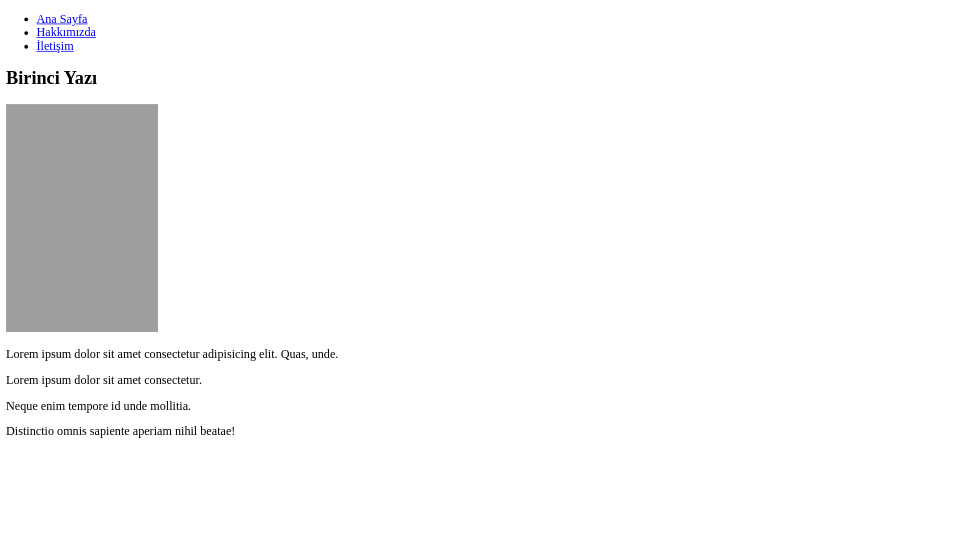
Repository: rizacantire/html
Page: Practice/index.html
These files come from the project's save history. The page is drawn as it stood at one moment and after the next save; the edit follows.
The browser window is 1280 px wide. The pictures show the whole page, at 76% of full size.
Pictures or frames that could not be fetched are drawn as grey boxes.

Above is the page before, as saved 2021-12-06 23:43:22.

After the next save:
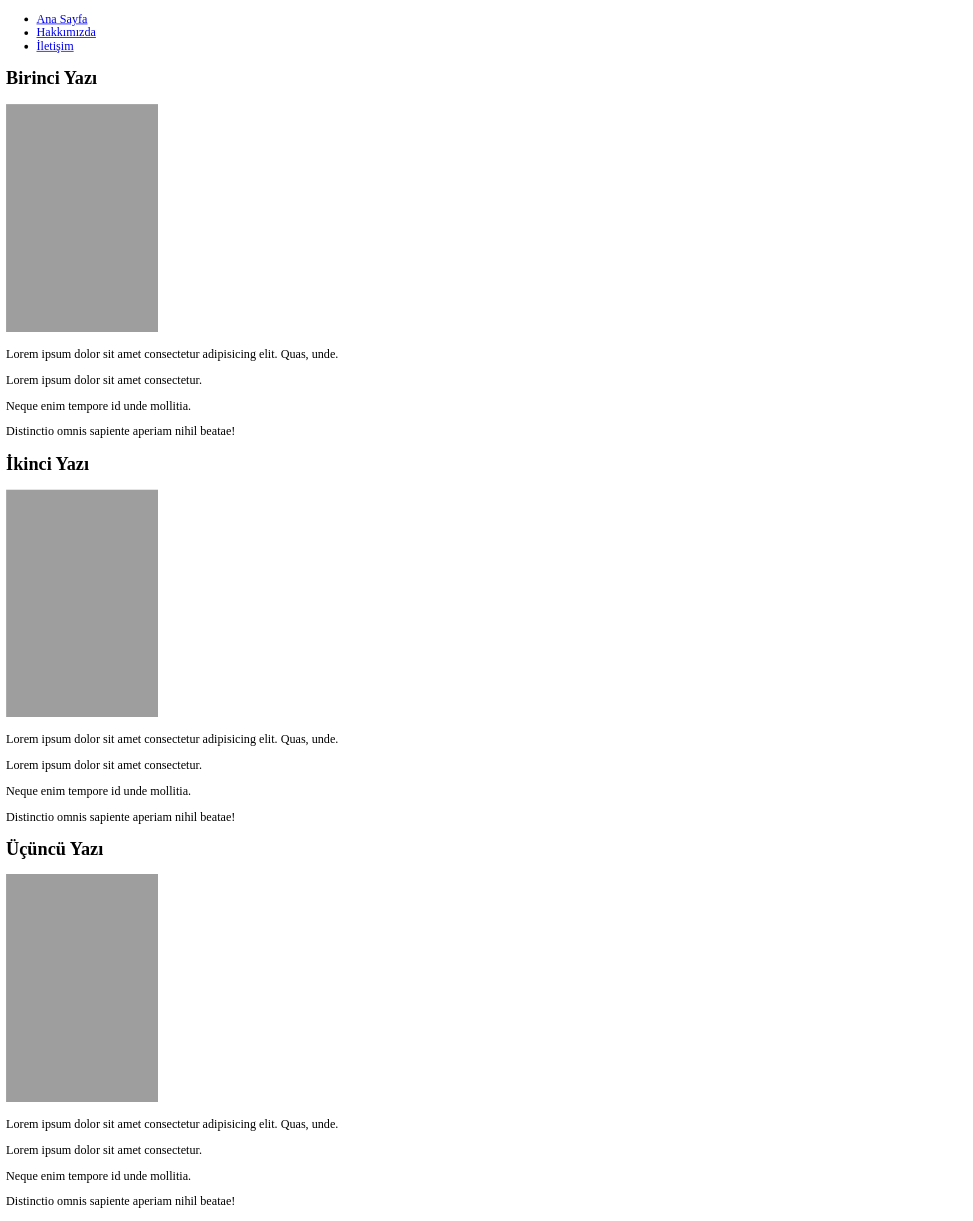
Saved 70 s later.
--- a/Practice/index.html
+++ b/Practice/index.html
@@ -30,6 +30,22 @@
             <p>Neque enim tempore id unde mollitia.</p>
             <p>Distinctio omnis sapiente aperiam nihil beatae!</p>
         </article>
+        <article>
+            <h2>İkinci Yazı</h2>
+            <img src="https://picsum.photos/id/15/200/300" alt="Yazı 1">
+            <p>Lorem ipsum dolor sit amet consectetur adipisicing elit. Quas, unde.</p>
+            <p>Lorem ipsum dolor sit amet consectetur.</p>
+            <p>Neque enim tempore id unde mollitia.</p>
+            <p>Distinctio omnis sapiente aperiam nihil beatae!</p>
+        </article>
+        <article>
+            <h2>Üçüncü Yazı</h2>
+            <img src="https://picsum.photos/id/36/200/300" alt="Yazı 1">
+            <p>Lorem ipsum dolor sit amet consectetur adipisicing elit. Quas, unde.</p>
+            <p>Lorem ipsum dolor sit amet consectetur.</p>
+            <p>Neque enim tempore id unde mollitia.</p>
+            <p>Distinctio omnis sapiente aperiam nihil beatae!</p>
+        </article>
         <!-- Articles - End -->
     </section>
     <!-- Content - End -->
